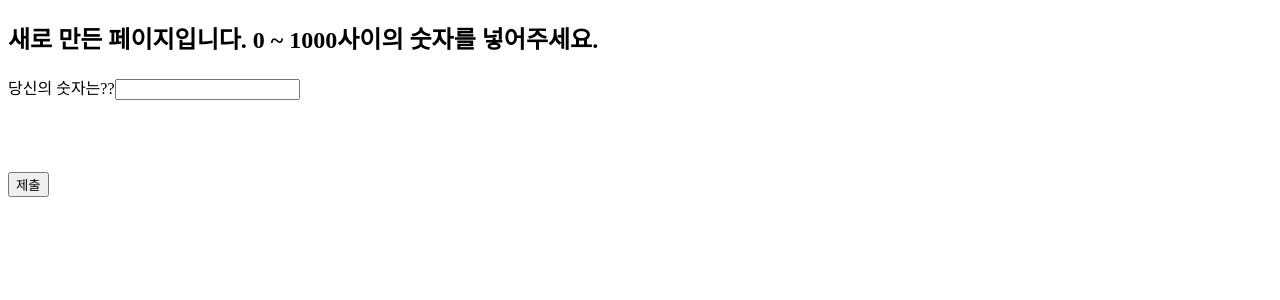
Repository: pearlgate/homework
Page: http://localhost/randomNum/jspRandom.jsp
An editor plug-in stored every save of this project. The page is shown before and after the next save, followed by the edit.
The browser window is 1280 px wide. The pictures show the whole page.
The page is served by Tomcat 9. Other server files are loaded and not shown.

Above is the page before, as saved 2021-02-25 07:45:53.

### Noh/JAVA/Servlet jsp/servlet_workspace/randomNum/WebContent/jspRandom.jsp
<%@ page language="java" contentType="text/html; charset=UTF-8"
    pageEncoding="UTF-8"%>
<%@page import="com.g.entity.GameValue"%>

<!DOCTYPE html>
<html>
<head>
<meta charset="UTF-8">
<title>Insert title here</title>
</head>
<body>
	<div>
<%!
	GameValue min = new GameValue(0);
	int minNum = min.getValue();
	GameValue max = new GameValue(1000);
	int maxNum = max.getValue();
	GameValue hit = new GameValue(1);

	GameValue ran = new GameValue();
	int random = ran.setRandom(max.getValue());

%>
<%
	//hit.increase();
%>
	  <h2>새로 만든 페이지입니다. <%=minNum %> ~ <%=maxNum %>사이의 숫자를 넣어주세요.</h2>
		<form action="getJspRandom.jsp">
			<label>당신의 숫자는??</label><input type="text" name="guessNum"><br>
			<input type="hidden" name="max" value="max.getValue()"><br>
			<input type="hidden" name="min" value="min.getValue()"><br>
			<input type="hidden" name="hit" value="hit.getValue()"><br>
			<input type="hidden" name="random" value="random"><br>

			<input type="submit" value="제출">
		</form>
	</div>
</body>
</html>

After the next save:
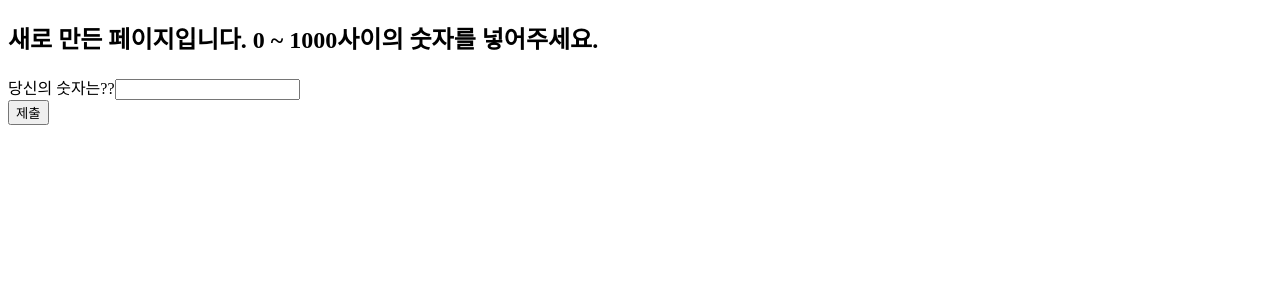
Saved 29 s later.
--- a/Noh/JAVA/Servlet jsp/servlet_workspace/randomNum/WebContent/jspRandom.jsp
+++ b/Noh/JAVA/Servlet jsp/servlet_workspace/randomNum/WebContent/jspRandom.jsp
@@ -27,10 +27,10 @@
 	  <h2>새로 만든 페이지입니다. <%=minNum %> ~ <%=maxNum %>사이의 숫자를 넣어주세요.</h2>
 		<form action="getJspRandom.jsp">
 			<label>당신의 숫자는??</label><input type="text" name="guessNum"><br>
-			<input type="hidden" name="max" value="max.getValue()"><br>
-			<input type="hidden" name="min" value="min.getValue()"><br>
-			<input type="hidden" name="hit" value="hit.getValue()"><br>
-			<input type="hidden" name="random" value="random"><br>
+			<input type="hidden" name="max" value="max.getValue()">
+			<input type="hidden" name="min" value="min.getValue()">
+			<input type="hidden" name="hit" value="hit.getValue()">
+			<input type="hidden" name="random" value="random">
 
 			<input type="submit" value="제출">
 		</form>
